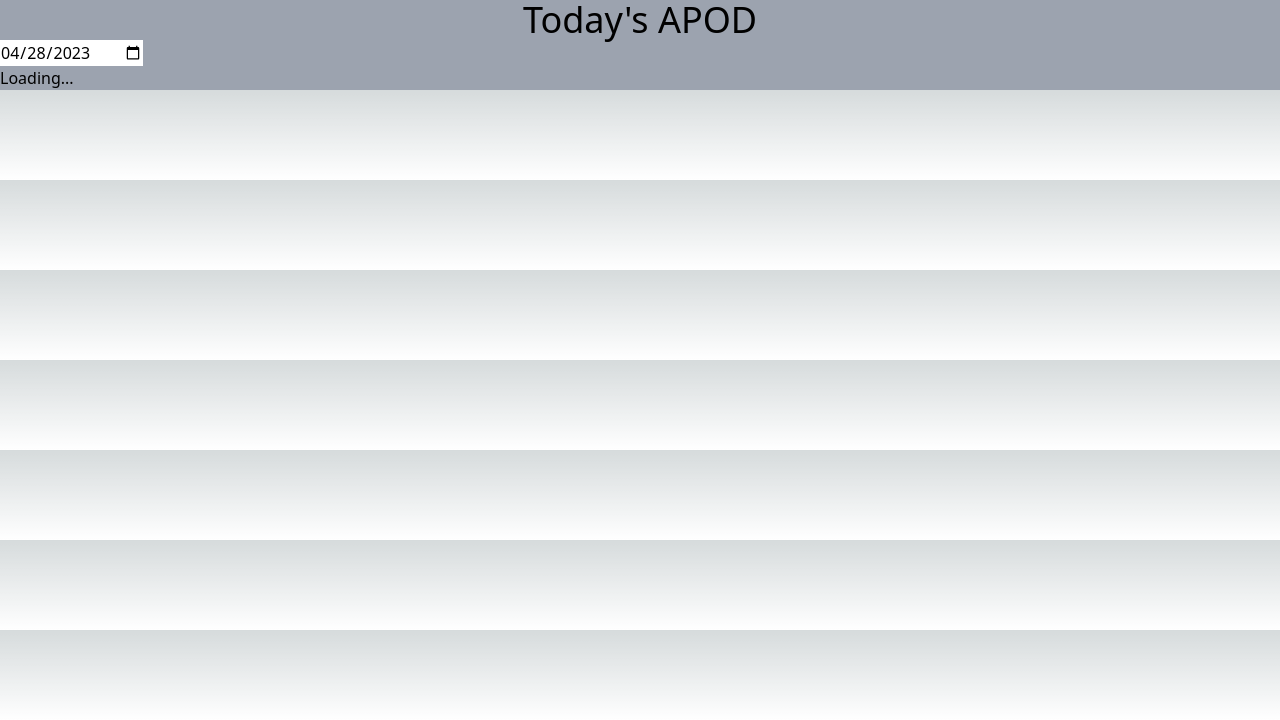
Repository: sercanisli/NasaApod
Page: /
The author's editor kept a copy of each file at every save. The page is drawn from the files as they stood at one save, then again after the next save.
The browser window is 1280 px wide. The pictures show the whole page.
The page's requests for data from a server got no answer. The project was rebuilt for these pictures with package versions that can differ from the ones it lists, and the page was loaded fresh each time. The framework's server and built-in components were replaced by stand-ins that run in the browser. No one was signed in, and anything a server would have sent is missing. Also part of the build but not shown: next.config.js.

Above is the page before, as saved 2023-05-12 02:00:33.

### pages/index.js
import React, { useState } from 'react';
import DateSelector from '../components/DateSelector';
import Apod from '@/components/Apod';

const HomePage = () => {
  const [selectedDate, setSelectedDate] = useState(new Date().toISOString().substr(0, 10));

  const handleDateSelected = (date) => {
    setSelectedDate(date);
  };

  return (
    <div className="bg-gray-400">
      <DateSelector onDateSelected={handleDateSelected} />
      <Apod date={selectedDate} />
    </div>
  );
};

export default HomePage;

### components/DateSelector.js
import React from 'react';

const DateSelector = ({ onDateChange }) => {
  return (
    <div className="flex justify-center">
      <button onClick={() => onDateChange(new Date())}>
        <span className="text-4xl">Today's APOD</span>
      </button>
    </div>
  );
};

export default DateSelector;

### components/Apod.js
import React, { useState, useEffect } from 'react';
import axios from 'axios';

const API_KEY = 'EE0ZIoEOksDZKvkNgEcM1TfRaKWtTACerC0GhuJQ';

function Apod() {
  const [apodData, setApodData] = useState(null);
  const [selectedDate, setSelectedDate] = useState(new Date());

  useEffect(() => {
    const formatDate = date => {
      const year = date.getFullYear();
      const month = (date.getMonth() + 1).toString().padStart(2, '0');
      const day = date.getDate().toString().padStart(2, '0');
      return `${year}-${month}-${day}`;
    }

    const fetchApodData = async () => {
      try {
        const response = await axios.get(`https://api.nasa.gov/planetary/apod?api_key=${API_KEY}&date=${formatDate(selectedDate)}`);
        setApodData(response.data);
      } catch (error) {
        console.error(error);
      }
    };

    fetchApodData();
  }, [selectedDate]);

  const handleDateChange = event => {
    const selectedDate = new Date(event.target.value);
    setSelectedDate(selectedDate);
  };

  return (
    <div>
      <input type="date" value={selectedDate.toISOString().substr(0, 10)} onChange={handleDateChange} />
      {apodData ? (
        <div>
          <h1>{apodData.title}</h1>
          <img src={apodData.url} alt={apodData.title} />
          <p>{apodData.explanation}</p>
        </div>
      ) : (
        <p>Loading...</p>
      )}
    </div>
  );
}

export default Apod;

Loaded but not shown: pages/_app.js (common file); pages/_document.js (common file); styles/globals.css (common file); tailwind.config.js (common file)

After the next save:
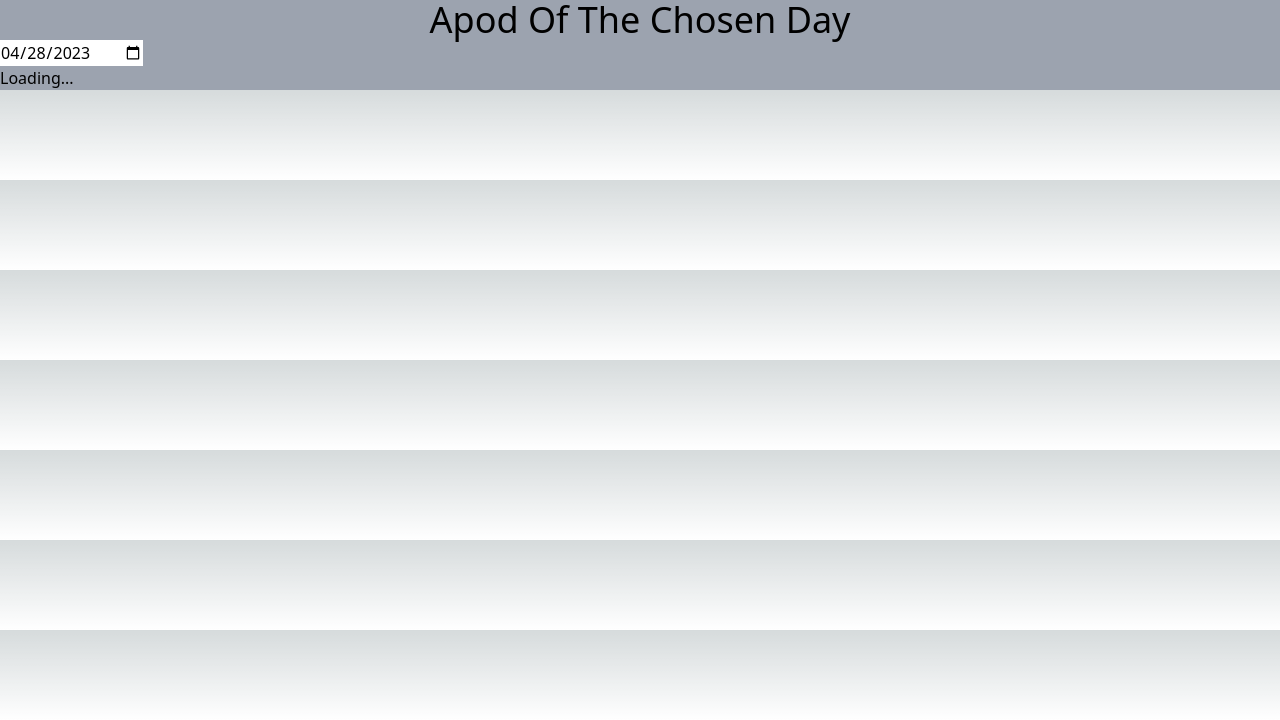
Saved 45 s later.
--- a/components/DateSelector.js
+++ b/components/DateSelector.js
@@ -4,7 +4,7 @@ const DateSelector = ({ onDateChange }) => {
   return (
     <div className="flex justify-center">
       <button onClick={() => onDateChange(new Date())}>
-        <span className="text-4xl">Today's APOD</span>
+        <span className="text-4xl">Apod Of The Chosen Day</span>
       </button>
     </div>
   );
